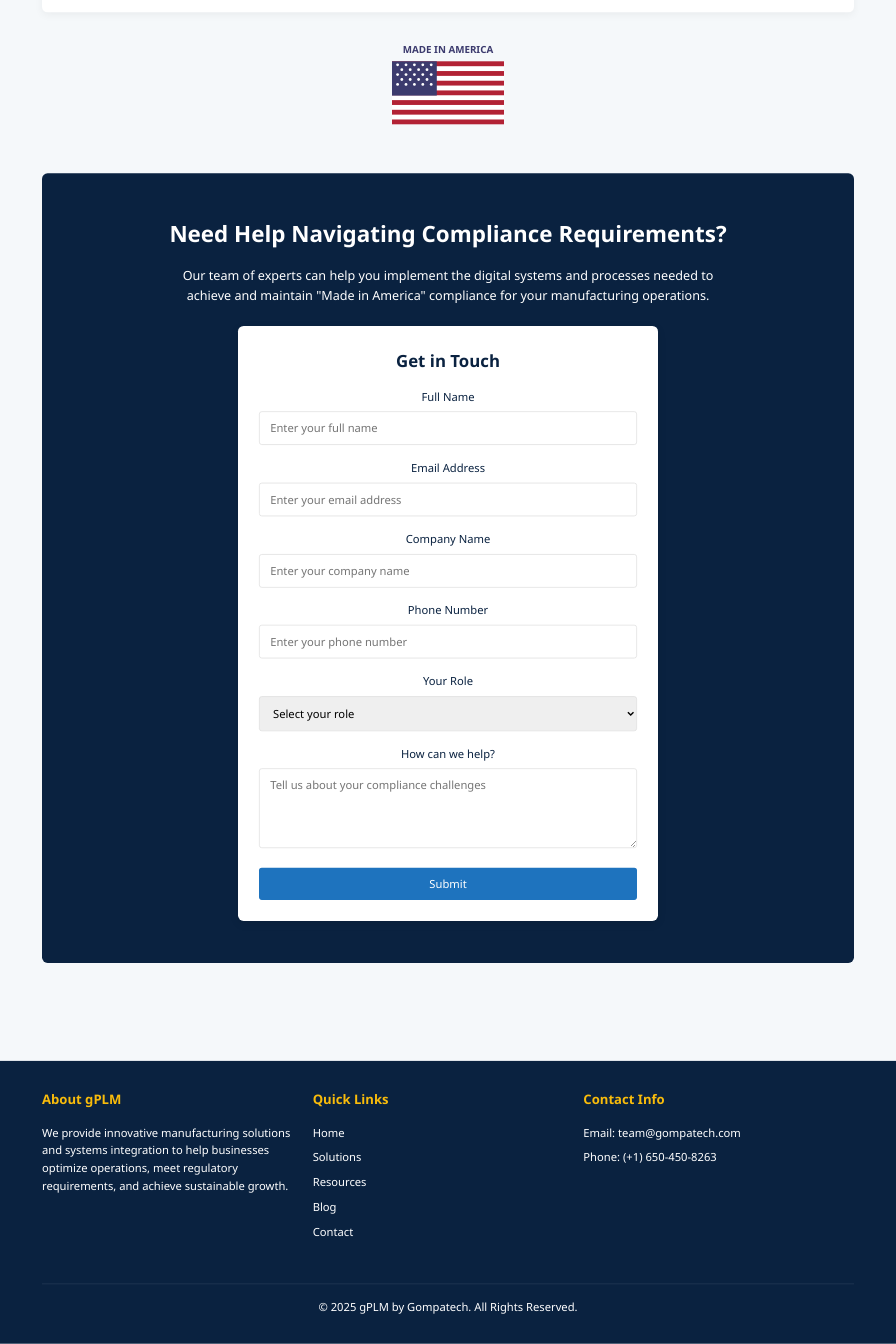
Repository: gompaBlogs/website
Page: mia.html
An editor plug-in stored every save of this project. The page is shown before and after the next save, followed by the edit.
The browser window is 1280 px wide. The pictures show the part of the page from y = 2531 to 4451 px (the page is 4451 px tall before and 4407 px after), at 70% of full size.

Above is the page before, as saved 2025-04-30 14:46:07.

After the next save:
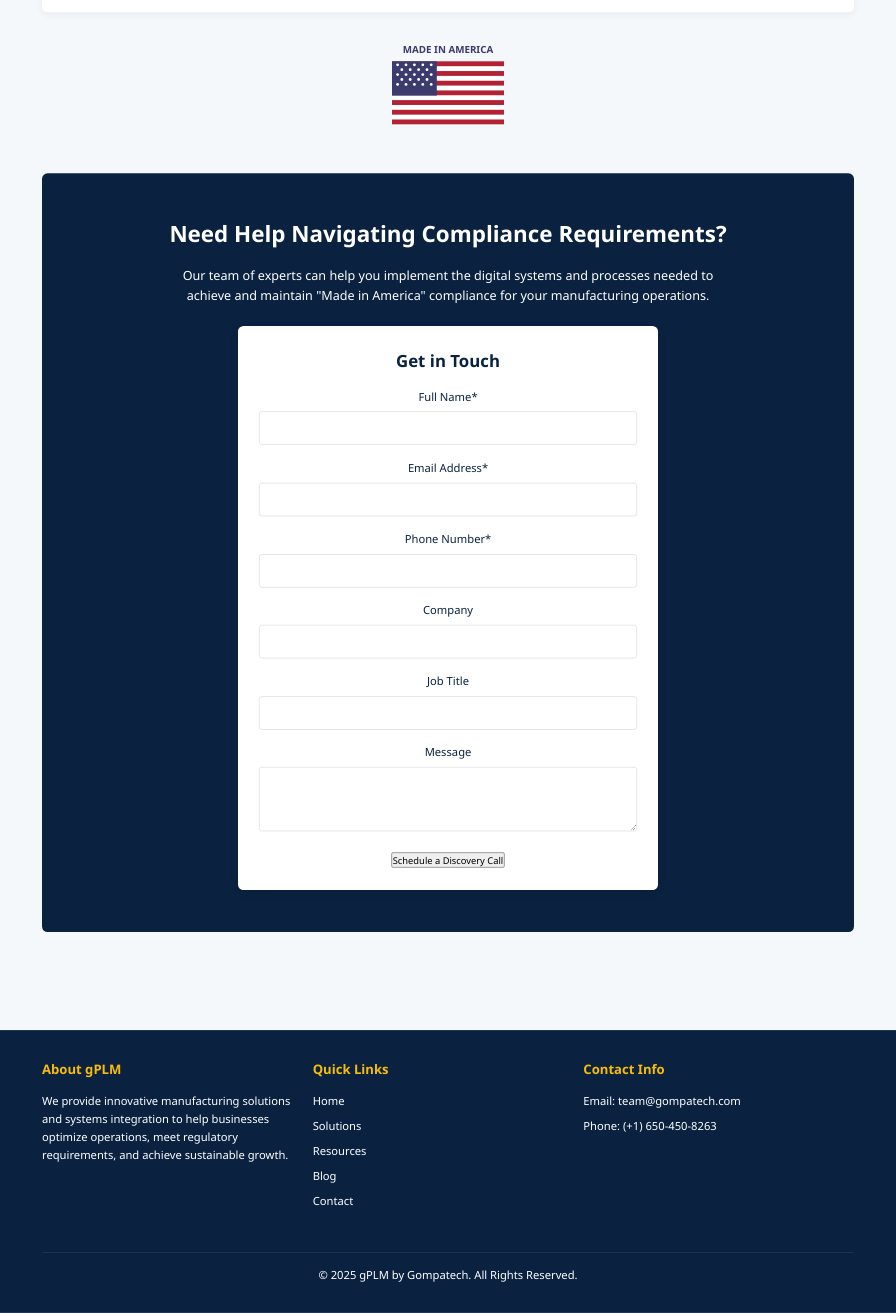
Saved 62 min 50 s later.
--- a/mia.html
+++ b/mia.html
@@ -472,7 +472,35 @@
                 <p>Our team of experts can help you implement the digital systems and processes needed to achieve and maintain "Made in America" compliance for your manufacturing operations.</p>
                 <div class="form-container">
                     <h3>Get in Touch</h3>
-                    <form>
+                    <form  action="https://formspree.io/f/mdkewzol"
+                        method="POST" id="contact-form">
+                        <div class="form-group">
+                            <label for="name">Full Name<span class="required">*</span></label>
+                            <input type="text" name="name" id="name" class="form-control" required>
+                        </div>
+                        <div class="form-group">
+                            <label for="email">Email Address<span class="required">*</span></label>
+                            <input type="email" name="email" id="email" class="form-control" required>
+                        </div>
+                        <div class="form-group">
+                            <label for="phone">Phone Number<span class="required">*</span></label>
+                            <input type="tel" name="phone" id="phone" class="form-control" required>
+                        </div>
+                        <div class="form-group">
+                            <label for="company">Company</label>
+                            <input type="text" name="company" id="company" class="form-control">
+                        </div>
+                        <div class="form-group">
+                            <label for="title">Job Title</label>
+                            <input type="text" name="title" id="title" class="form-control">
+                        </div>
+                        <div class="form-group">
+                            <label for="message">Message</label>
+                            <textarea name="message" name="message" id="message" class="form-control" rows="3"></textarea>
+                        </div>
+                        <button type="submit" class="submit-button">Schedule a Discovery Call</button>
+                    </form>
+                    <!-- <form>
                         <div class="form-group">
                             <label for="name">Full Name</label>
                             <input type="text" id="name" class="form-control" placeholder="Enter your full name" required>
@@ -505,7 +533,7 @@
                             <textarea id="message" class="form-control" rows="4" placeholder="Tell us about your compliance challenges"></textarea>
                         </div>
                         <button type="submit" class="btn btn-block">Submit</button>
-                    </form>
+                    </form> -->
                 </div>
             </div>
         </div>
